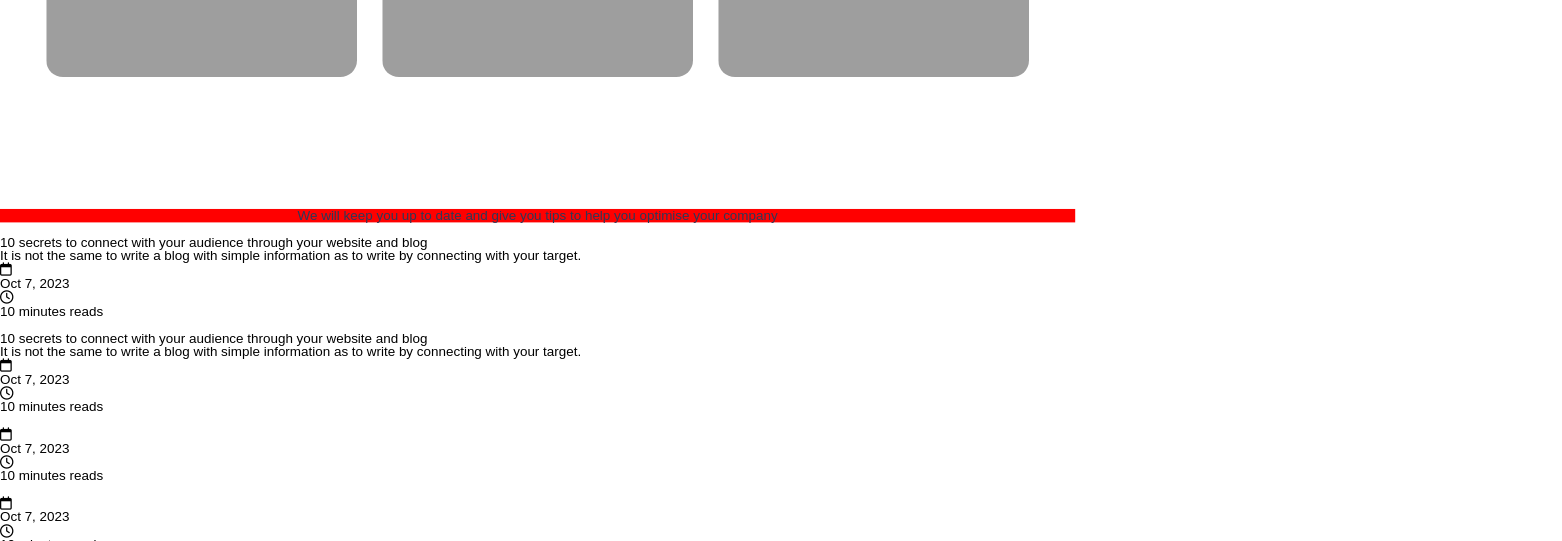
Repository: 0584386177/Clone
Page: src/page/pr.html
An editor plug-in stored every save of this project. The page is shown before and after the next save, followed by the edit.
The browser window is 1280 px wide. The page is 1860 px wide, so the pictures cover 1860 px, including what lies to the right of the window. The pictures show the part of the page from y = 3170 to 3814 px (the page is 3909 px tall before and 3989 px after), at 84% of full size.
Pictures or frames that could not be fetched are drawn as grey boxes. The style sheet was rebuilt from its Sass, Less or Tailwind sources for each picture, by a compiler version that may differ from the author's.

Above is the page before, as saved 2023-10-09 11:14:44.

### src/page/pr.html
<!DOCTYPE html>
<html lang="en">
  <head>
    <meta charset="UTF-8" />
    <meta name="viewport" content="width=device-width, initial-scale=1.0" />
    <link rel="stylesheet" href="/src/sass/HOME/pr.css" />
    <link
      rel="stylesheet"
      href="https://cdnjs.cloudflare.com/ajax/libs/font-awesome/6.4.2/css/all.min.css


    "
    />
    <title>Document</title>
  </head>
  <body>
    <div class="container">
      <!-- HEADER -->
      <div class="header">
        <nav>
          <div class="header--top">
            <div class="header--top_logo">
              <img
                class="logo--image"
                src="/assets/images/Frame (1).png"
                alt="logo"
              />
              <h5 class="logo--title">KhanhHoa</h5>
            </div>
            <div class="header--top_menu">
              <ul class="menu--items">
                <li class="menu--item item1 active"><a href="#">HOME</a></li>
                <li class="menu--item item2"><a href="#">SERVICES</a></li>
                <li class="menu--item item3"><a href="#">ABOUT</a></li>
                <li class="menu--item item4"><a href="#">PAGES</a></li>
                <li class="menu--item item5"><a href="#">BLOG</a></li>
                <li class="menu--item item6"><a href="#">CONTACT</a></li>
              </ul>
            </div>
            <div class="header--top_features">
              <img
                class="feature--search"
                src="/assets/images/Search.png"
                alt=""
              />
              <img
                class="feature--cart"
                src="/assets/images/Bag 2.png"
                alt=""
              />
              <a href="#" class="feature--sigin">SIGN IN</a>
            </div>
          </div>
        </nav>

        <div class="header--footer">
          <div class="header--footer_top">
            <h1>Our Work</h1>
          </div>
          <div class="header--footer_bottom">
            <ul>
              <li><a class="active" href="#">HOMEPAGE</a></li>
              /
              <li><a href="#">PROJECT</a></li>
            </ul>
          </div>
        </div>
      </div>
      <!-- HEADER END -->

      <!-- TITLE LARGE -->
      <div class="title-large">
        <h1>Get inspired by our finest work</h1>
      </div>
      <!-- TITLE LARGE END -->

      <!-- PRODUCTS -->
      <div class="products">
        <div class="product">
          <div class="product--item">
            <img
              src="https://cdn.dribbble.com/userupload/8750103/file/original-e5080c417c760827c5fd070fbbef499c.jpg?resize=752x643"
              alt=""
            />
          </div>
          <div class="product--item">
            <img
              src="https://cdn.dribbble.com/userupload/9677994/file/original-0490083fbb1ef8589651aa327eebfebc.jpg?resize=752x422"
              alt=""
            />
          </div>
          <div class="product--item">
            <img
              src="https://cdn.dribbble.com/userupload/9823072/file/original-43c3809b4064a4df853fa398d866f14f.png?resize=752x423"
              alt=""
            />
          </div>
          <div class="product--item">
            <img
              src="https://cdn.dribbble.com/userupload/10322523/file/original-17a0df77b5242c304ea306c70ce058a0.png?resize=752x564"
              alt=""
            />
          </div>
          <div class="product--item">
            <img
              src="https://cdn.dribbble.com/users/11306036/screenshots/19096555/media/0b13087c40159e04e16dd2d1852c8110.png?resize=800x600&vertical=center"
              alt=""
            />
          </div>
          <div class="product--item">
            <img
              src="https://cdn.dribbble.com/userupload/9921458/file/original-44714b23cca189e14593221aa57cba21.png?resize=320x240&vertical=center"
            />
          </div>
        </div>
        <div class="product--load">
          <button class="product--load_btn">LOAD MORE</button>
        </div>
      </div>
      <!-- PRODUCTS END -->

      <!-- RATE -->
      <div class="rate">
        <div class="rate--top">
          <h1 clzass="rate--top_title">What our clients are saying about us</h1>
          <p class="rate--top_desc">
            Customer satisfaction is a primary goal for our company
          </p>
        </div>
        <div class="rate--slide">
          <div class="rate--slide_item">
            <div class="slide--avatar">
              <img
                src="https://cdn.dribbble.com/userupload/8481502/file/original-91cc09ef04761348c0152c299502fcd5.jpg?resize=1024x879"
                alt=""
              />
            </div>
            <div class="slide--author">
              <h4>Khanh Hoa</h4>
            </div>
            <div class="slide--good">
              <span>Amazing</span>
            </div>
            <div class="slide--post">
              <p>
                Overall expericence is awesome !! I'm a visual thinker, and I
                couldn't function without a tool like this
              </p>
            </div>
          </div>
          <div class="rate--slide_item">
            <div class="slide--avatar">
              <img
                src="https://cdn.dribbble.com/userupload/8481502/file/original-91cc09ef04761348c0152c299502fcd5.jpg?resize=1024x879"
                alt=""
              />
            </div>
            <div class="slide--author">
              <h4>Khanh Hoa</h4>
            </div>
            <div class="slide--good">
              <span>Amazing</span>
            </div>
            <div class="slide--post">
              <p>
                Overall expericence is awesome !! I'm a visual thinker, and I
                couldn't function without a tool like this
              </p>
            </div>
          </div>
          <div class="rate--slide_item">
            <div class="slide--avatar">
              <img
                src="https://cdn.dribbble.com/userupload/8481502/file/original-91cc09ef04761348c0152c299502fcd5.jpg?resize=1024x879"
                alt=""
              />
            </div>
            <div class="slide--author">
              <h4>Khanh Hoa</h4>
            </div>
            <div class="slide--good">
              <span>Amazing</span>
            </div>
            <div class="slide--post">
              <p>
                Overall expericence is awesome !! I'm a visual thinker, and I
                couldn't function without a tool like this
              </p>
            </div>
          </div>
          <div class="rate--slide_item">
            <div class="slide--avatar">
              <img
                src="https://cdn.dribbble.com/userupload/8481502/file/original-91cc09ef04761348c0152c299502fcd5.jpg?resize=1024x879"
                alt=""
              />
            </div>
            <div class="slide--author">
              <h4>Khanh Hoa</h4>
            </div>
            <div class="slide--good">
              <span>Amazing</span>
            </div>
            <div class="slide--post">
              <p>
                Overall expericence is awesome !! I'm a visual thinker, and I
                couldn't function without a tool like this
              </p>
            </div>
          </div>
        </div>
        <div class="rate--icon">
          <i class="rate--icon_left fa-solid fa-arrow-left"></i>
          <i class="rate--icon_next fa-solid fa-arrow-right"></i>
        </div>
      </div>
      <!-- RATE END -->

      <!-- RECENT PROJECTS -->
      <div class="recentWrapper">
        <div class="recent">
          <div class="recent--top">
            <h1 class="recent--top_title">RECENT PROJECTS</h1>
            <div class="recent--top_icon">
              <i class="icon--left fa-solid fa-arrow-left"></i>
              <i class="icon_next fa-solid fa-arrow-right active"></i>
            </div>
          </div>
          <div class="recent--project">
            <div class="recent--project_item">
              <img
                class="item--image"
                src="https://images.unsplash.com/photo-1519852476561-ec618b0183ba?ixlib=rb-4.0.3&ixid=M3wxMjA3fDB8MHxwaG90by1wYWdlfHx8fGVufDB8fHx8fA%3D%3D&auto=format&fit=crop&w=1156&q=80"
                alt=""
              />
            </div>
            <div class="recent--project_item">
              <img
                class="item--image"
                src="https://images.unsplash.com/photo-1506355683710-bd071c0a5828?ixlib=rb-4.0.3&ixid=M3wxMjA3fDB8MHxwaG90by1wYWdlfHx8fGVufDB8fHx8fA%3D%3D&auto=format&fit=crop&w=1170&q=80"
                alt=""
              />
            </div>
            <div class="recent--project_item">
              <img
                class="item--image"
                src="https://images.unsplash.com/photo-1536048810607-3dc7f86981cb?ixlib=rb-4.0.3&ixid=M3wxMjA3fDB8MHxwaG90by1wYWdlfHx8fGVufDB8fHx8fA%3D%3D&auto=format&fit=crop&w=1335&q=80"
                alt=""
              />
            </div>
          </div>
        </div>
      </div>
      <div class="post">
        <div class="post--header">
          <h1 class="post--header_title">
            We will keep you up to date and give you tips to help you optimise
            your company
          </h1>
        </div>
        <div class="post--content">
          <div class="post--content_main">
            <div class="main--item">
              <div class="main--image">
                <img class="main--image_img" src="" alt="" />
              </div>
              <div class="main--item_title">
                10 secrets to connect with your audience through your website
                and blog
              </div>
              <div class="main--item_desc">
                It is not the same to write a blog with simple information as to
                write by connecting with your target.
              </div>
              <div class="main--item_timer">
                <div class="timer--calendar">
                  <div class="timer--calendar_icon">
                    <i class="fa-regular fa-calendar"></i>
                  </div>
                  <div class="timer--calendar_text">Oct 7, 2023</div>
                </div>
                <div class="timer--read">
                  <div class="timer--read_icon">
                    <i class="fa-regular fa-clock"></i>
                  </div>
                  <div class="timer--read_text">10 minutes reads</div>
                </div>
              </div>
            </div>
            <div class="main--item">
              <img class="main--image_img" src="" alt="" />
              <div class="main--item_title">
                10 secrets to connect with your audience through your website
                and blog
              </div>
              <div class="main--item_desc">
                It is not the same to write a blog with simple information as to
                write by connecting with your target.
              </div>
              <div class="main--item_timer">
                <div class="timer--calendar">
                  <div class="timer--calendar_icon">
                    <i class="fa-regular fa-calendar"></i>
                  </div>
                  <div class="timer--calendar_text">Oct 7, 2023</div>
                </div>
                <div class="timer--read">
                  <div class="timer--read_icon">
                    <i class="fa-regular fa-clock"></i>
                  </div>
                  <div class="timer--read_text">10 minutes reads</div>
                </div>
              </div>
            </div>
          </div>
          <div class="post--content_sub">
            <div class="sub--item">
              <div class="sub--item_top">
                <h5 class="top--title"></h5>
                <img class="top-img" src="" alt="" />
              </div>
              <div class="sub--item_footer">
                <div class="footer--calendar">
                  <div class="footer--calendar_icon">
                    <i class="fa-regular fa-calendar"></i>
                  </div>
                  <div class="footer--calendar_text">Oct 7, 2023</div>
                </div>

                <div class="footer--read">
                  <div class="footer--read_icon">
                    <i class="fa-regular fa-clock"></i>
                  </div>
                  <div class="footer--read_text">10 minutes reads</div>
                </div>
              </div>
            </div>
            <div class="sub--item">
              <div class="sub--item_top">
                <h5 class="top--title"></h5>
                <img class="top-img" src="" alt="" />
              </div>
              <div class="sub--item_footer">
                <div class="footer--calendar">
                  <div class="footer--calendar_icon">
                    <i class="fa-regular fa-calendar"></i>
                  </div>
                  <div class="footer--calendar_text">Oct 7, 2023</div>
                </div>

                <div class="footer--read">
                  <div class="footer--read_icon">
                    <i class="fa-regular fa-clock"></i>
                  </div>
                  <div class="footer--read_text">10 minutes reads</div>
                </div>
              </div>
            </div>
            <div class="sub--item">
              <div class="sub--item_top">
                <h5 class="top--title"></h5>
                <img class="top-img" src="" alt="" />
              </div>
              <div class="sub--item_footer">
                <div class="footer--calendar">
                  <div class="footer--calendar_icon">
                    <i class="fa-regular fa-calendar"></i>
                  </div>
                  <div class="footer--calendar_text">Oct 7, 2023</div>
                </div>

                <div class="footer--read">
                  <div class="footer--read_icon">
                    <i class="fa-regular fa-clock"></i>
                  </div>
                  <div class="footer--read_text">10 minutes reads</div>
                </div>
              </div>
            </div>
          </div>
        </div>
        <div></div>
      </div>
    </div>
  </body>
</html>

### src/sass/HOME/pr.scss
@import "reset";
@import "header";
@import "product";
@import "_var";
@import "rate";
@import "recent";
@import "post";

### src/sass/HOME/reset.scss
*,
*:before,
*:after {
  box-sizing: border-box;

}
* {
  margin: 0;
  padding: 0;
  font: inherit;
  font-family: sans-serif;
}
picture,
svg,
video {
  display: block;
  max-width: 100%;
}
input,
select,
textarea {
  background-color: transparent;
  outline: none;
}
button {
  cursor: pointer;
  background-color: transparent;
  outline: none;
  border: 0;
}
body {
  min-height: 100vh;
  font-weight: 400;
  font-size: 16px;
  line-height: 1;
}
.container{
  max-width: 1920px;
  margin: 0 auto;
}

### src/sass/HOME/header.scss
@import "_var";

  .header{
    width: 100%;
    max-width: 100%;
    min-height: 400px;
    background-image: url(/assets/images/bkg.png);
    background-repeat: no-repeat;
    background-size: cover;
    position: relative;

  }
  .header nav{
    height: 50px;
    margin: 0 auto;
    line-height: 50px;
  }

  .header--top{
    display: flex;
    justify-content: space-evenly;
    align-items: center;
    width: 100%;
    padding-top: 13px;
  }

.header--top_logo{
  width: 176px;
  height: 44px;
  display: flex;
  align-items: center;
  gap: 8px;

}

.logo--image{
  width: 32px;
  height: 44px;
  object-fit: cover;
  flex-shrink: 0;
}

.logo--title{
  color: $primary--color;
  font-size: 24px;
  font-weight: 600;
  text-shadow: 0 3px 4px rgba(0,0,0,0.4);
}
.header--top_menu{
  width: 470px;
}
.menu--items{
  display: flex;
  list-style-type: none;
  gap: 30px;
}
.menu--item{

}

.menu--item a{
  text-decoration: none;
  color: $primary--color;
  text-shadow: 0 2px 2px rgba(0,0,0,0.2);
  font-size: 20px;
  font-weight: 600;

}
.menu--item.active{
  border-bottom: 3px solid greenyellow;
}

.header--top_features{
  display: flex;
  justify-content: center;
  align-items: center;
  gap: 25px;
  .feature--cart,.feature--search{
    object-fit: cover;
    flex-shrink: 0;
    width: 24px;
    height: 24px;
    cursor: pointer;
  }
  .feature--sigin{
    color: $secondary--color;
    text-shadow: 0px 2px 3px rgba(0,0,0,0.2);
    cursor: pointer;
    font-size: 600;
    text-decoration: none;
  }
}

.header--footer{
  position: absolute;
  top: 50%;
  left: 50%;
  transform: translate(-50%,-50%);
}

.header--footer_top{
  font-size: 48px;
  color: $primary--color;
  font-weight: 600;
}
.header--footer_bottom{
 text-align: center;
}

.header--footer_bottom ul{
  display: flex;
  justify-content: center;
  align-items: center;
  list-style-type: none;
  gap: 10px;
  margin-top: 30px ;

   li a{
    text-decoration: none;
    font-size: 15px;
    font-weight: 600;
    color: $secondary--color;
  }
  li a.active{
    color: $primary--color;
  }
}

.title-large{
  width: 100%;
  text-align: center;
  margin: 115px 0px 85px 0px;
  font-size: 64px;
  font-weight: 600;
  color: $primary--color;

  h1{
    -webkit-text-stroke: 3x black;

  }
}

### src/sass/HOME/_var.scss
$primary--color: #2D3958;
$secondary--color: #7B88A8;
$third--color : #E7E5EA;

### src/sass/HOME/product.scss
@import "_var";
.products{
    width: 1860px;
    max-width: 100%;
    min-height: 1030px;
    margin: 0 auto;
}


.product{
    width: 100%;
    display: grid;
    grid-template-columns: 1fr 1fr 1fr;
    grid-template-rows: 400px 200px 400px;
    gap: 30px;
}
.product--item{
    width: 100%;
}
.product--item img{
    width: 600px;
    border-radius: 20px;
    object-fit: cover;
    flex-shrink: 0;
    height: 100%;
}
.product--item:nth-child(1){
    grid-column: 1/2;
    grid-row : 1/3;
}
.product--item:nth-child(2){
    grid-column: 2/3;

    grid-row : 1/2;
}
.product--item:nth-child(3){
    grid-column: 3/4;
    grid-row: 1/3;
}
.product--item:nth-child(4){
    grid-row:3/4;
}
.product--item:nth-child(5){
    grid-row:2/4;
}
.product--item:nth-child(6){
    grid-row: 3/4 ;
}
.product--load{
    width: 100%;
    height: 60px;
    line-height: 60px;
    margin-top: 80px;
    margin-bottom: 75px;
    text-align: center;
    color: $secondary--color;
}

.product--load_btn{
    width: 150px;
    background: $third--color;
    color: $secondary--color;
    border-radius: 3px;

}

### src/sass/HOME/rate.scss
@import "_var";

.rate{
  width: 1900px;
  max-width: 100%;
  height: 780px;
  background-color: #F8FAFC;
  position: relative;
}

.rate--top{
    text-align: center;

}
.rate--top_title{
    padding-top: 120px;
    font-size: 48px;
    font-weight: 600;
    margin-bottom: 30px;
    color:$primary--color;
}
.rate--top_desc{
    color: $secondary--color;
    font-size: 23px;
    font-weight: 500;
    margin-bottom: 75px;
}
.rate--slide{
    width: 100%;
    height: 100%;
    display: flex;
    justify-content: center;
    gap: 30px;

}

.rate--slide_item{
    width: 370px;
    height: 350px;
    background-color: #fff;
    border-radius: 20px;
    display: flex;
    flex-direction: column;
    text-align: center;
    gap: 20px;
}

.slide--avatar{
    margin: 0 auto;
    margin-top: 30px;
    img{
        width: 70px;
        height: 70px;
        object-fit: cover;
        flex-shrink: 0;
        border-radius: 100rem;
    }
}

.slide--author{

    h4{
    font-size: 22px;
    font-weight: 600;
    color: $primary--color ;
    }
}

.slide--good{

    span{
        display: inline-block;
        color:$primary--color;
        font-weight: 500;
        font-size: 20px;
    }
}

.slide--post{
    width: 300px;
    margin: 0 auto;
    p{

        font-size: 18px;
        color: $secondary--color;
    }
}

.rate--icon{
    width: 100%;
    display: flex;
    position: absolute;
    justify-content: end;
    top: 12rem;
    right: 22rem;
    gap: 1rem;
    font-size: 3rem;

    *{
        color: $primary--color;
        cursor: pointer;
    }
}

### src/sass/HOME/recent.scss
@import "_var";

.recentWrapper{
    width: 100%;
    height: 700px;
}

.recent{
    width: 1200px;
    height: 500px;
    margin: 0 auto;
    padding-top: 120px;

}
.recent--top{
    display: flex;
    justify-content: space-between;
    align-items: center;
    margin-bottom: 75px;

    .recent--top_title{
        font-size: 48px;
        color: $primary--color;
        font-weight: 600;
    }

    .recent--top_icon{
        display: flex;
        gap: 20px;
        font-size: 30px;
                *{
            padding: 5px 12px;
            border-radius: 20px;
            border: 1px solid $secondary--color;


        }
    }

}

.recent--top_icon *.active{

        background-color: #4F77FF;

}

.recent--project{
    display: flex;
    justify-content: center;
    align-items: center;
    gap: 30px;
}

.recent--project_item{
    width: 370px;
    height: 300px;
}
.recent--project_item .item--image{
    width: 370px;
    height: 300px;
    border-radius: 20px;
}

### src/sass/HOME/post.scss
@import"_var";
.post{
    width: 100%;
    height: 100%;
    background-color: #fff;

}

.post--header{
    color: $primary--color;
    background-color: red;
    text-align:center;
}

After the next save:
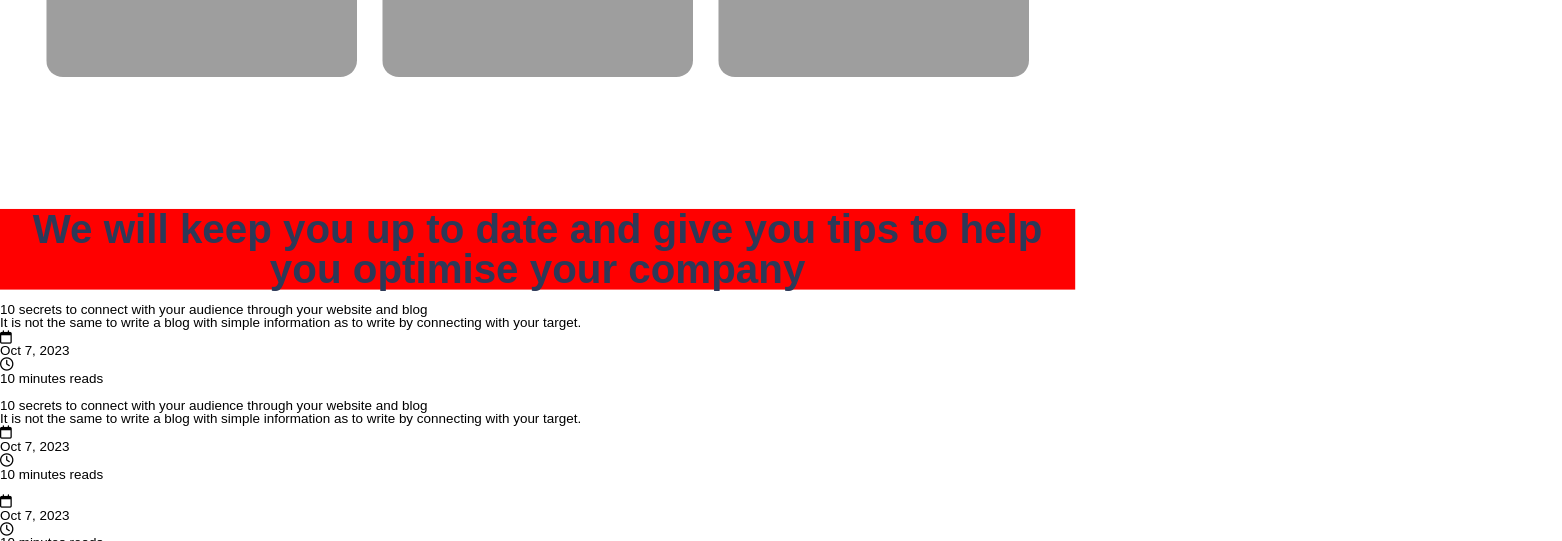
Saved 14 s later.
--- a/src/sass/HOME/post.scss
+++ b/src/sass/HOME/post.scss
@@ -10,4 +10,6 @@
     color: $primary--color;
     background-color: red;
     text-align:center;
+    font-size: 48px;
+    font-weight: 600;
 }
